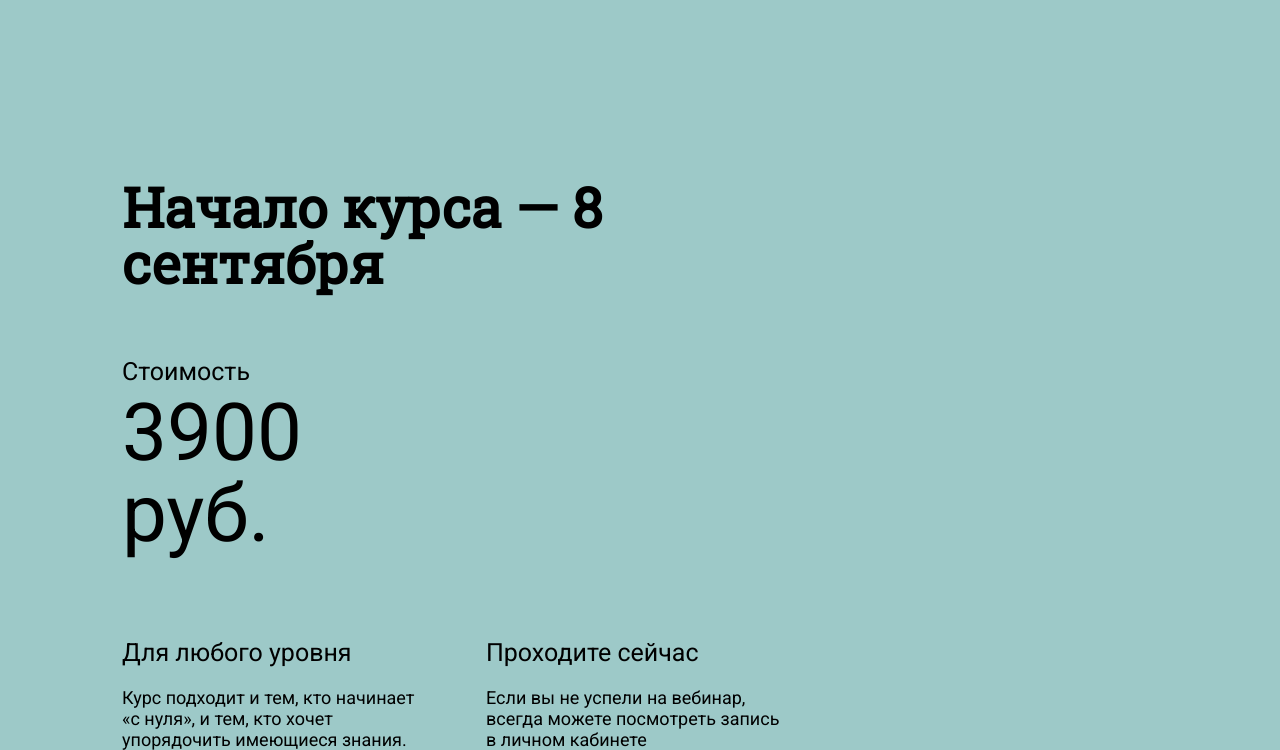
Repository: NatiqSamiyev/fiqma-task3
Page: index.html
An editor plug-in stored every save of this project. The page is shown before and after a run of saves, followed by the edit.
The browser window is 1280 px wide. The pictures show the whole page.

Above is the page before, as saved 2023-08-09 13:15:30.

### index.html
<!DOCTYPE html>
<html lang="en">
  <head>
    <meta charset="UTF-8" />
    <meta name="viewport" content="width=device-width, initial-scale=1.0" />
    <link rel="stylesheet" href="index.css" />
    <title>Document</title>
  </head>
  <body>
    <div class="container">
      <h1>Начало курса — 8 сентября</h1>
      <h2>Стоимость</h2>
      <h3>3900 руб.</h3>
      <ul>
        <li>
          <h5>Для любого уровня</h5>
          <p>
            Курс подходит и тем, кто начинает «с нуля», и тем, кто хочет
            упорядочить имеющиеся знания.
          </p>
        </li>

        <li>
          <h5>Проходите сейчас</h5>
          <p>
            Если вы не успели на вебинар, всегда можете посмотреть запись в
            личном кабинете
          </p>
        </li>
      </ul>

    </div>
  </body>
</html>

### index.css
@import url("https://fonts.googleapis.com/css2?family=Roboto+Slab&family=Roboto:wght@400;700&display=swap");
* {
  margin: 0;
  padding: 0;
  box-sizing: border-box;
}

.container {
  width: 100%;
  min-height: 100vh;
  background: #9dc9c8;
}

.container h1 {
  padding: 179px 410px 0 122px;
  color: #000;
  font-family: Roboto Slab;
  font-size: 55px;
  font-style: normal;
  font-weight: 700;
  line-height: 101.385%;
}

.container h2 {
  padding: 69px 1148px 0 122px;
  color: #000;
  font-family: Roboto;
  font-size: 25px;
  font-style: normal;
  font-weight: 400;
  line-height: 101.385%;
}

.container h3 {
  padding: 9px 837px 0 122px;
  color: #000;
  font-family: Roboto;
  font-size: 80px;
  font-style: normal;
  font-weight: 400;
  line-height: 101.385%;
}

.container ul {
  padding-left: 122px;
  display: flex;
  text-decoration: none;
}

.container ul li {
  padding: 83px 70px 0 0px;
  list-style-type: none;
}

.container h5 {
  padding-bottom: 20px;
  font-family: Roboto;
  font-size: 25px;
  font-style: normal;
  font-weight: 400;
}

.container p {
  width: 294px;
  font-family: Roboto;
  font-size: 18px;
  font-style: normal;
  font-weight: 400;
}

After the next 3 saves:
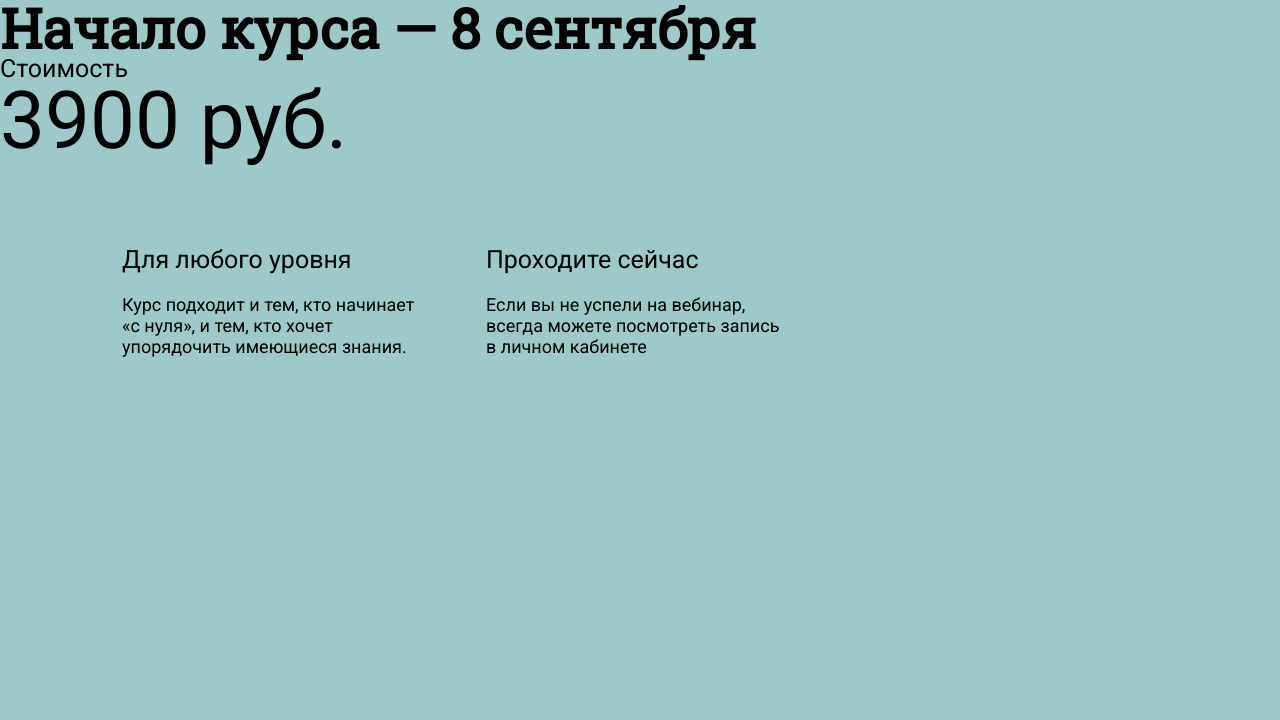
The 3 saves are shown as one change because they came seconds apart.
The last was saved 2 min 3 s later.
--- a/index.css
+++ b/index.css
@@ -12,7 +12,7 @@
 }
 
 .container h1 {
-  padding: 179px 410px 0 122px;
+  /* padding: 179px 410px 0 122px; */
   color: #000;
   font-family: Roboto Slab;
   font-size: 55px;
@@ -22,7 +22,7 @@
 }
 
 .container h2 {
-  padding: 69px 1148px 0 122px;
+  /* padding: 69px 1148px 0 122px; */
   color: #000;
   font-family: Roboto;
   font-size: 25px;
@@ -32,7 +32,7 @@
 }
 
 .container h3 {
-  padding: 9px 837px 0 122px;
+  /* padding: 9px 837px 0 122px; */
   color: #000;
   font-family: Roboto;
   font-size: 80px;
